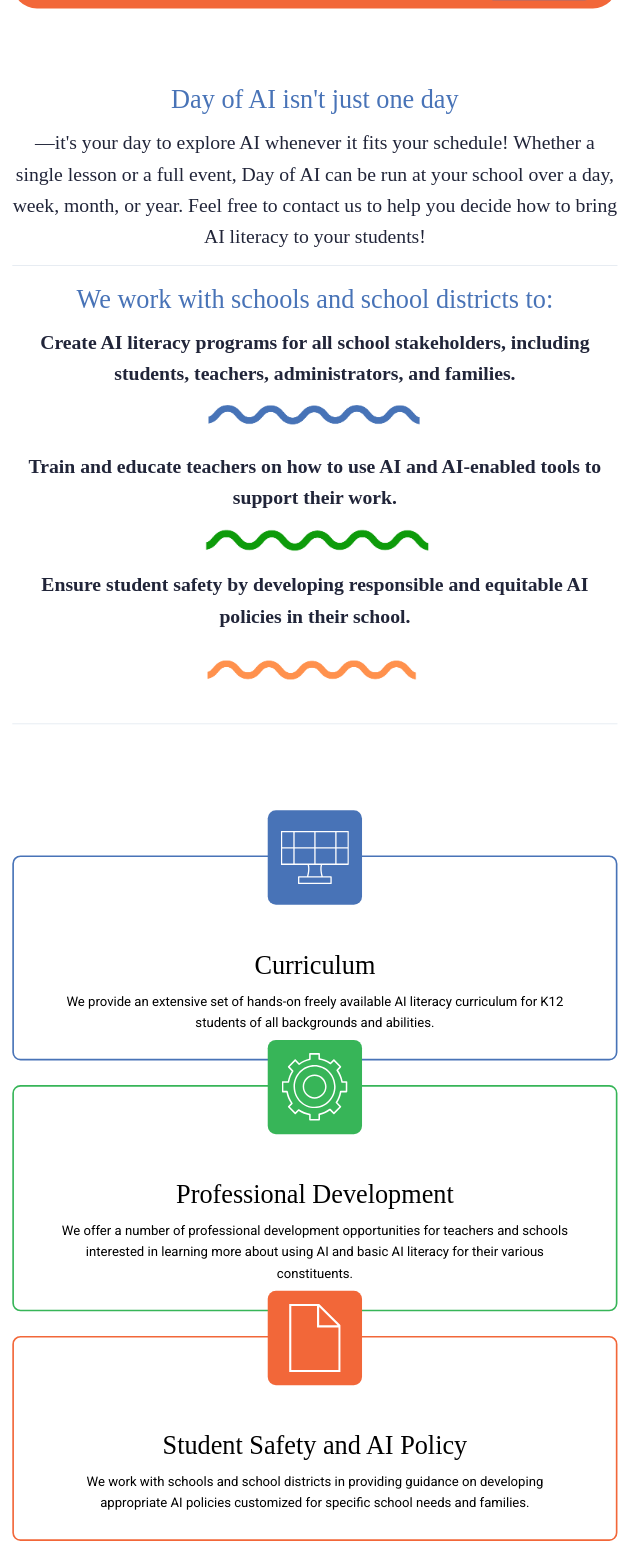
Repository: dinhtri123/dayofai
Page: index.html
The author's editor kept a copy of each file at every save. The page is drawn from the files as they stood at one save, then again after the next save.
The browser window is 768 px wide. The pictures show the part of the page from y = 599 to 2499 px (the page is 4163 px tall before and 4083 px after), at 82% of full size.
A picture or video elsewhere on the page could not be fetched, so the positions and the page height are approximate. Some web fonts or font styles are not loaded; a fallback is used.

Above is the page before, as saved 2025-06-29 19:48:47.

After the next save:
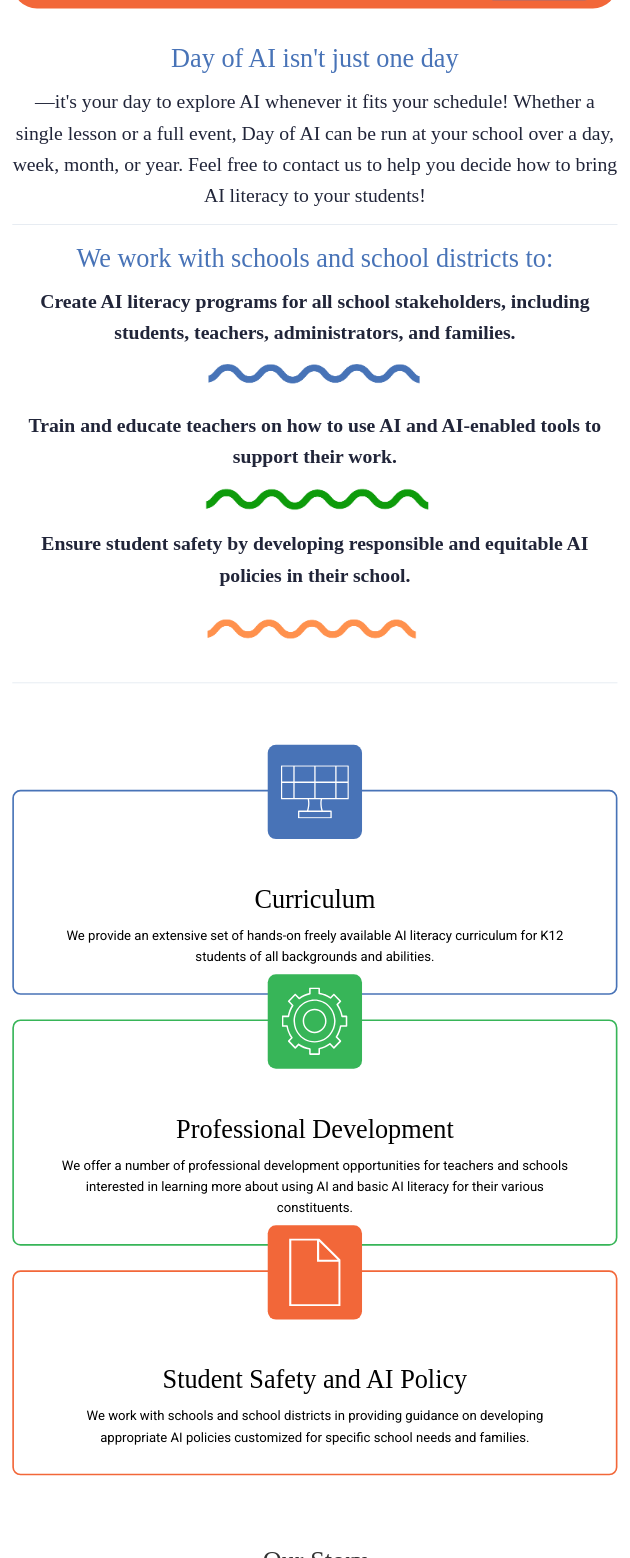
Saved 22 s later.
--- a/styles.css
+++ b/styles.css
@@ -563,6 +563,9 @@
   .hero-bottom {
     padding: 10px;
   }
+  .section-desc {
+    padding: 50px 0px;
+  }
 }
 @media (max-width: 768px) {
   .header-main {
